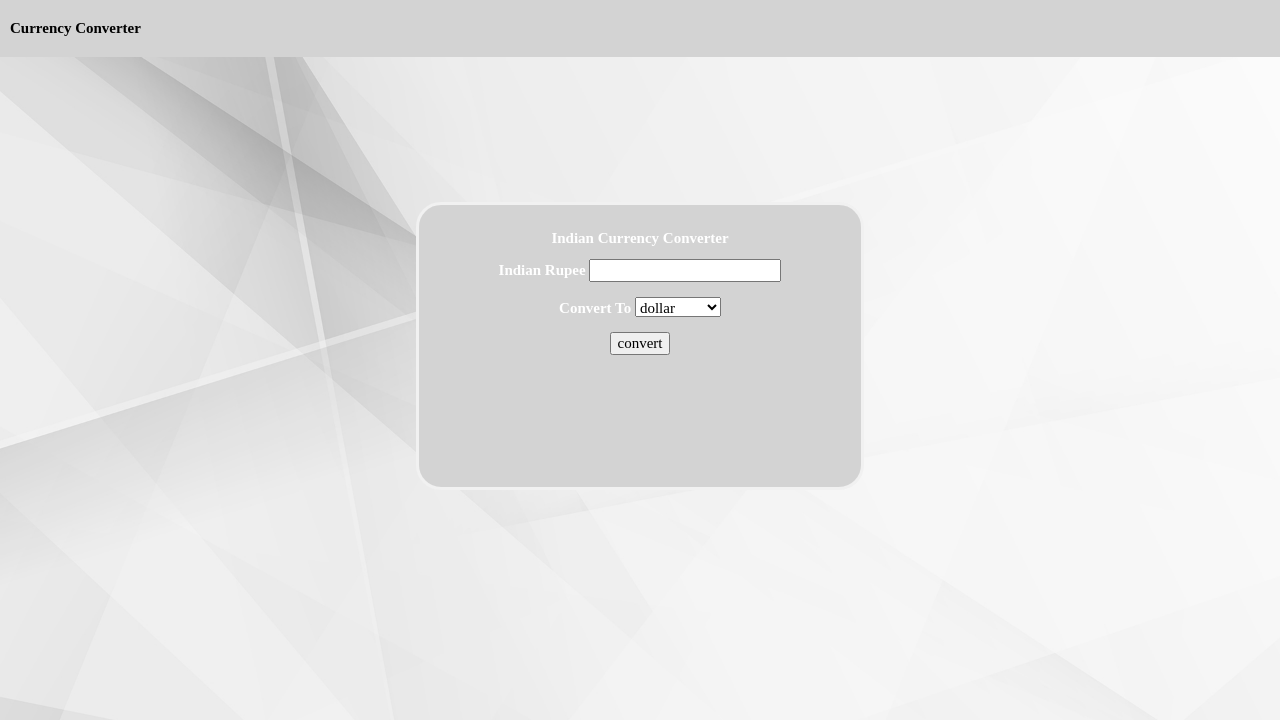
Repository: saitejamada/SpringBoot2
Page: http://localhost/Homepage
An editor plug-in stored every save of this project. The page is shown before and after the next save, followed by the edit.
The browser window is 1280 px wide. The pictures show the whole page.
The page is this project's Thymeleaf template; nobody is signed in. The template is opened directly, without the code that normally fills it, so the values that code supplies are empty.

Above is the page before, as saved 2022-05-19 11:47:22.

After the next save:
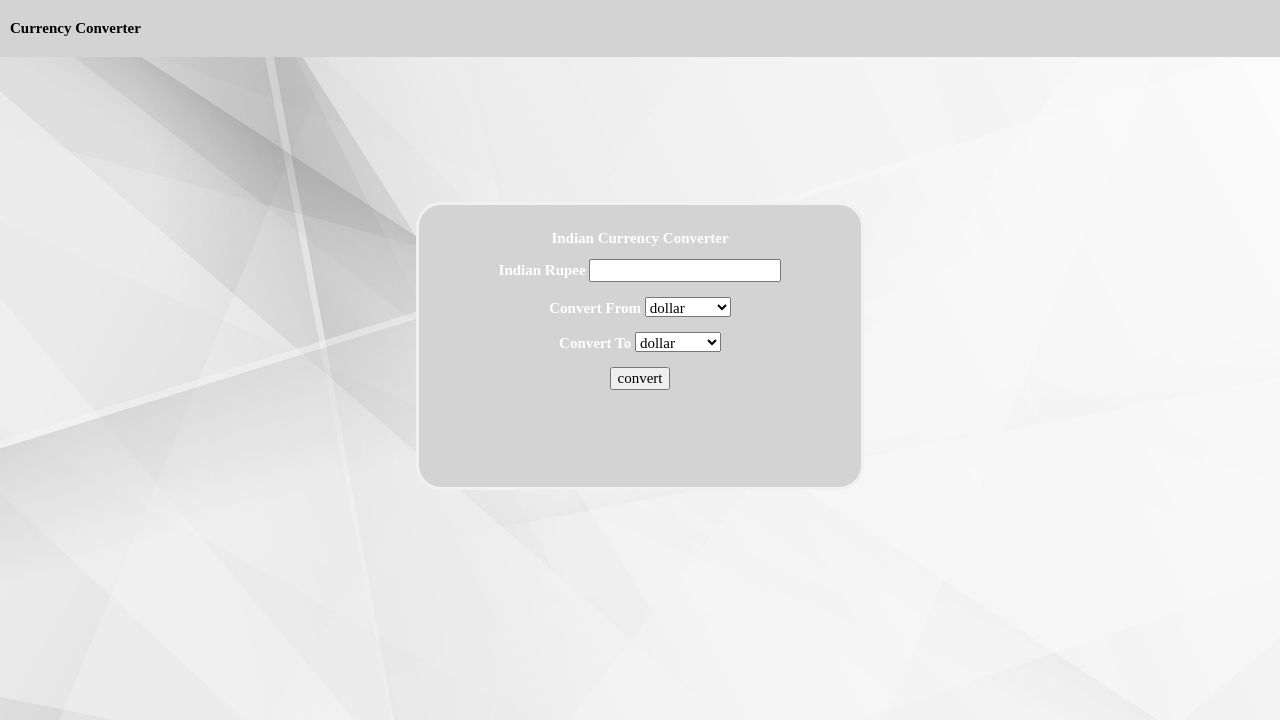
Saved 47 s later.
--- a/CurrencyConverter/src/main/resources/templates/Homepage.html
+++ b/CurrencyConverter/src/main/resources/templates/Homepage.html
@@ -43,6 +43,16 @@ background-color:lightgrey;
     <label for="currency1" class="form-label">Indian Rupee</label>
     <input type="number" th:field="*{currency1}" class="form-control" id="exampleInputEmail1" aria-describedby="emailHelp">
     <div class="mb-3">
+    <label class="form-label">Convert From</label>
+   <select th:field="*{currencyname}">
+   <option th:value="dollar" th:text="dollar"></option>
+   <option th:value="pound" th:text="pound"></option>
+   <option th:value="rubel" th:text="rubel"></option>
+    <option th:value="newshekel" th:text="newshekel"></option>
+   <option th:value=" swissfranc" th:text="swissfranc"></option>
+   </select>
+  </div>
+    <div class="mb-3">
     <label class="form-label">Convert To</label>
    <select th:field="*{currencyname}">
    <option th:value="dollar" th:text="dollar"></option>
